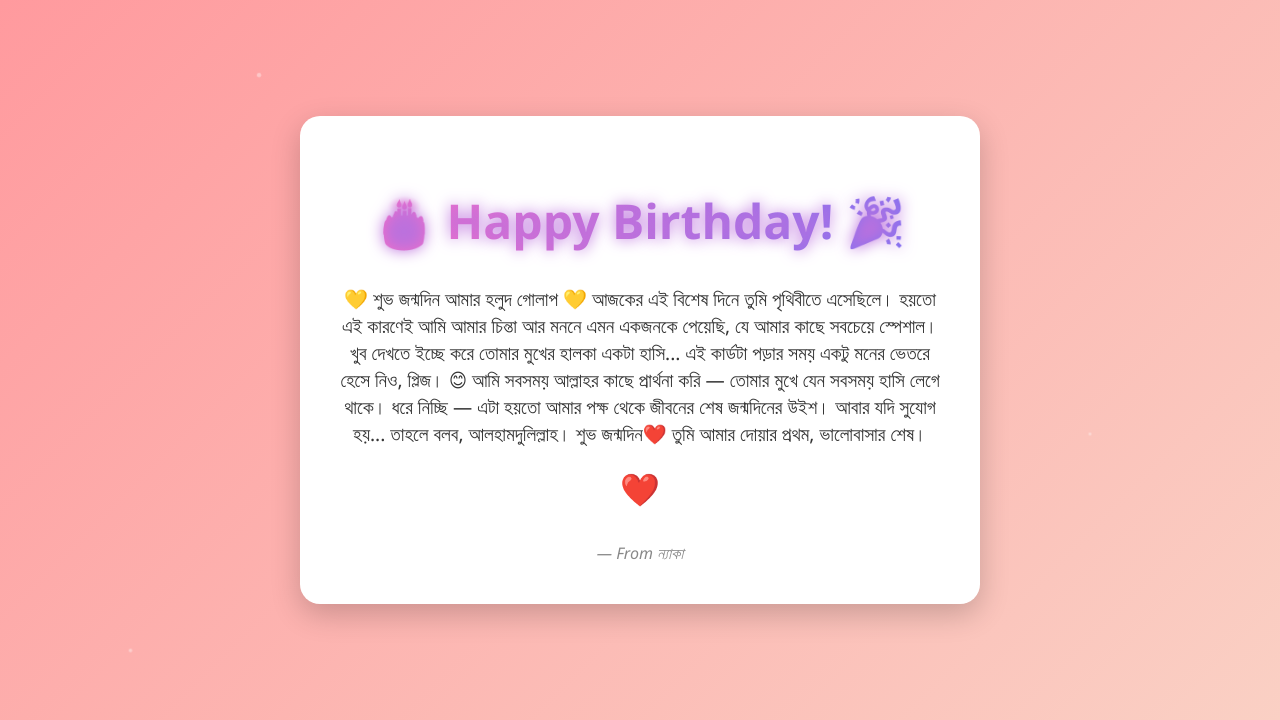
Repository: tanimtanzilislam/Card
Page: index.html
These files come from the project's save history. The page is drawn as it stood at one moment and after the next save; the edit follows.
The browser window is 1280 px wide. The pictures show the whole page.

Above is the page before, as saved 2025-05-29 21:20:29.

After the next save:
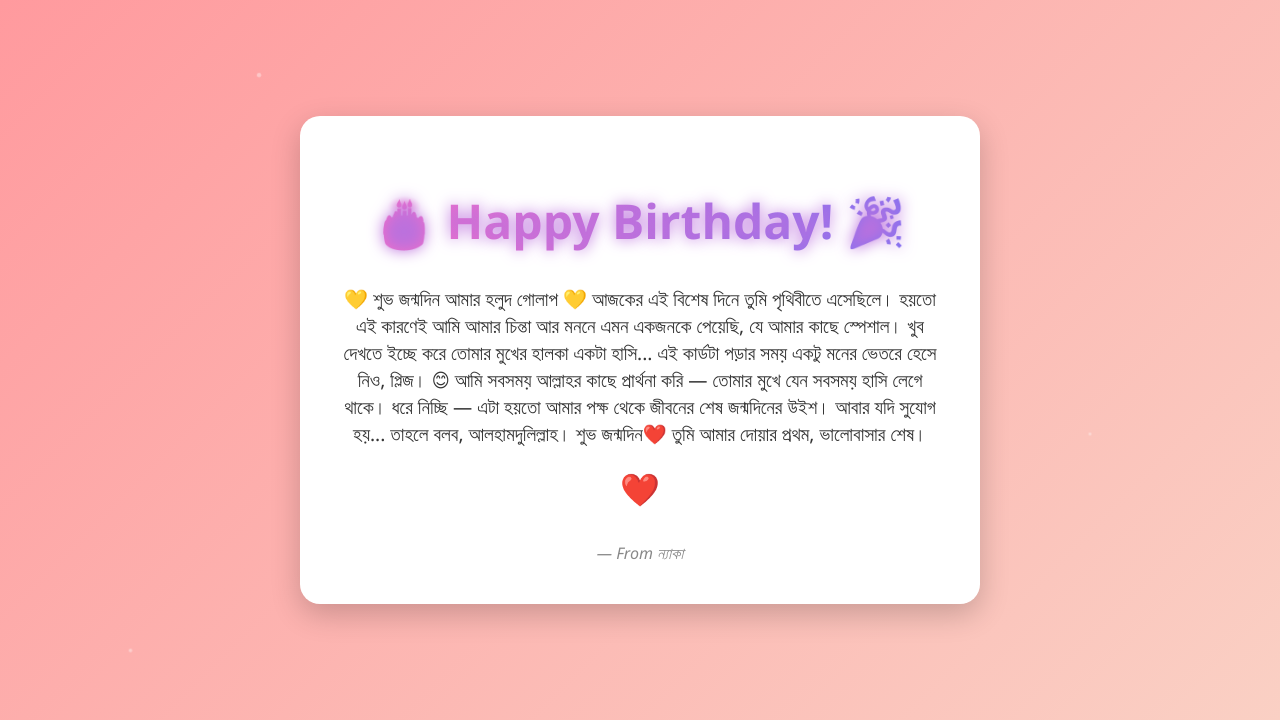
Saved 44 s later.
--- a/index.html
+++ b/index.html
@@ -116,7 +116,7 @@
 
 আজকের এই বিশেষ দিনে তুমি পৃথিবীতে এসেছিলে।
 হয়তো এই কারণেই আমি আমার চিন্তা আর মননে এমন একজনকে পেয়েছি,
-যে আমার কাছে সবচেয়ে স্পেশাল।
+যে আমার কাছে  স্পেশাল।
 
 খুব দেখতে ইচ্ছে করে তোমার মুখের হালকা একটা হাসি...
 এই কার্ডটা পড়ার সময় একটু মনের ভেতরে হেসে নিও, প্লিজ। 😊
